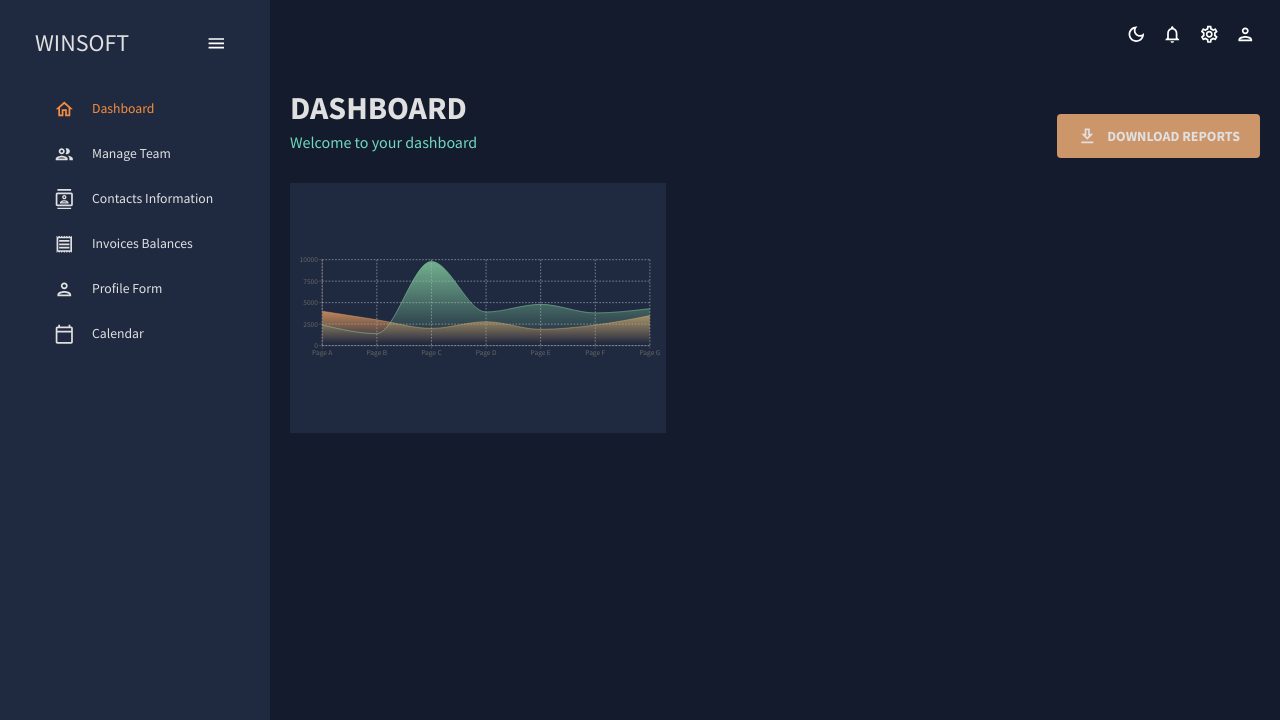
Repository: thamaraiselvan315731/winssoft
Page: /
An editor plug-in stored every save of this project. The page is shown before and after the next save, followed by the edit.
The browser window is 1280 px wide. The pictures show the whole page.
The project was rebuilt for these pictures with package versions that can differ from the ones it lists, and the page was loaded fresh each time. Also part of the build but not shown: src/pages/team/index.jsx, src/pages/invoices/index.jsx, src/pages/contacts/index.jsx, src/pages/form/index.jsx, src/components/LineChart.jsx, src/data/mockGeoFeatures.js, src/components/GeographyChart.jsx, src/components/BarChart.jsx and 4 more.

Above is the page before, as saved 2022-12-01 11:07:27.

### src/App.js
import { useState } from "react";
import { Routes, Route } from "react-router-dom";
import Topbar from "./pages/global/Topbar";
import Sidebar from "./pages/global/Sidebar";
import Team from "./pages/team";
import Invoices from "./pages/invoices";
import Contacts from "./pages/contacts";
import Form from "./pages/form";
// import Bar from "./pages/bar";
// import Line from "./pages/line";
// import Pie from "./pages/pie";
// import Geography from "./pages/geography";
import Dashboard from "./pages/dashboard";
import FAQ from "./pages/faq";
import { CssBaseline, ThemeProvider } from "@mui/material";
import { ColorModeContext, useMode } from "./theme";
import Calendar from "./pages/calendar/calendar";

function App() {
  const [theme, colorMode] = useMode();
  const [isSidebar, setIsSidebar] = useState(true);

  return (
    <ColorModeContext.Provider value={colorMode}>
      <ThemeProvider theme={theme}>
        <CssBaseline />
        <div className="app">
          <Sidebar isSidebar={isSidebar} />
          <main className="content">
            <Topbar setIsSidebar={setIsSidebar} />
            <Routes>
              <Route path="/" element={<Dashboard />} />
              <Route path="/team" element={<Team />} />
              <Route path="/contacts" element={<Contacts />} />
              <Route path="/invoices" element={<Invoices />} />
              <Route path="/form" element={<Form />} />
              {/* <Route path="/bar" element={<Bar />} />
              <Route path="/pie" element={<Pie />} />
              <Route path="/line" element={<Line />} /> */}
              <Route path="/faq" element={<FAQ />} />
              <Route path="/calendar" element={<Calendar />} />
              {/* <Route path="/geography" element={<Geography />} /> */}
            </Routes>
          </main>
        </div>
      </ThemeProvider>
    </ColorModeContext.Provider>
  );
}

export default App;

### src/pages/global/Topbar.jsx
import { Box, IconButton, useTheme } from "@mui/material";
import { useContext } from "react";
import { ColorModeContext, tokens } from "../../theme";
import InputBase from "@mui/material/InputBase";
import LightModeOutlinedIcon from "@mui/icons-material/LightModeOutlined";
import DarkModeOutlinedIcon from "@mui/icons-material/DarkModeOutlined";
import NotificationsOutlinedIcon from "@mui/icons-material/NotificationsOutlined";
import SettingsOutlinedIcon from "@mui/icons-material/SettingsOutlined";
import PersonOutlinedIcon from "@mui/icons-material/PersonOutlined";
import SearchIcon from "@mui/icons-material/Search";

const Topbar = () => {
  const theme = useTheme();
  const colors = tokens(theme.palette.mode);
  const colorMode = useContext(ColorModeContext);

  return (
    <Box display="flex" justifyContent="flex-end" p={2}>
      {/* SEARCH BAR */}
      {/* <Box
        display="flex"
        backgroundColor={colors.primary[400]}
        borderRadius="3px"
      >
        <InputBase sx={{ ml: 2, flex: 1 }} placeholder="Search" />
        <IconButton type="button" sx={{ p: 1 }}>
          <SearchIcon />
        </IconButton>
      </Box> */}

      {/* ICONS */}
      <Box display="flex">
        <IconButton onClick={colorMode.toggleColorMode}>
          {theme.palette.mode === "dark" ? (
            <DarkModeOutlinedIcon />
          ) : (
            <LightModeOutlinedIcon />
          )}
        </IconButton>
        <IconButton>
          <NotificationsOutlinedIcon />
        </IconButton>
        <IconButton>
          <SettingsOutlinedIcon />
        </IconButton>
        <IconButton>
          <PersonOutlinedIcon />
        </IconButton>
      </Box>
    </Box>
  );
};

export default Topbar;

### src/pages/global/Sidebar.jsx
import { useState } from "react";
import { ProSidebar, Menu, MenuItem } from "react-pro-sidebar";
import { Box, IconButton, Typography, useTheme } from "@mui/material";
import { Link } from "react-router-dom";
import "react-pro-sidebar/dist/css/styles.css";
import { tokens } from "../../theme";
import HomeOutlinedIcon from "@mui/icons-material/HomeOutlined";
import PeopleOutlinedIcon from "@mui/icons-material/PeopleOutlined";
import ContactsOutlinedIcon from "@mui/icons-material/ContactsOutlined";
import ReceiptOutlinedIcon from "@mui/icons-material/ReceiptOutlined";
import PersonOutlinedIcon from "@mui/icons-material/PersonOutlined";
import CalendarTodayOutlinedIcon from "@mui/icons-material/CalendarTodayOutlined";// eslint-disable-next-line
import HelpOutlineOutlinedIcon from "@mui/icons-material/HelpOutlineOutlined";// eslint-disable-next-line
import BarChartOutlinedIcon from "@mui/icons-material/BarChartOutlined";// eslint-disable-next-line
import PieChartOutlineOutlinedIcon from "@mui/icons-material/PieChartOutlineOutlined";// eslint-disable-next-line
import TimelineOutlinedIcon from "@mui/icons-material/TimelineOutlined";// eslint-disable-next-line
import MenuOutlinedIcon from "@mui/icons-material/MenuOutlined";// eslint-disable-next-line
import MapOutlinedIcon from "@mui/icons-material/MapOutlined";// eslint-disable-next-line

const Item = ({ title, to, icon, selected, setSelected }) => {
  const theme = useTheme();
  const colors = tokens(theme.palette.mode);
  return (
    <MenuItem
      active={selected === title}
      style={{
        color: colors.grey[100],
      }}
      onClick={() => setSelected(title)}
      icon={icon}
    >
      <Typography>{title}</Typography>
      <Link to={to} />
    </MenuItem>
  );
};

const Sidebar = () => {
  const theme = useTheme();
  const colors = tokens(theme.palette.mode);
  const [isCollapsed, setIsCollapsed] = useState(false);
  const [selected, setSelected] = useState("Dashboard");

  return (
    <Box
      sx={{
        "& .pro-sidebar-inner": {
          background: `${colors.primary[400]} !important`,
        },
        "& .pro-icon-wrapper": {
          backgroundColor: "transparent !important",
        },
        "& .pro-inner-item": {
          padding: "5px 35px 5px 20px !important",
        },
        "& .pro-inner-item:hover": {
          color: "#f78d3e !important",
        },
        "& .pro-menu-item.active": {
          color: "#f78d3e !important",
        },
      }}
    >
      <ProSidebar collapsed={isCollapsed}>
        <Menu iconShape="square">
          {/* LOGO AND MENU ICON */}
          <MenuItem
            onClick={() => setIsCollapsed(!isCollapsed)}
            icon={isCollapsed ? <MenuOutlinedIcon /> : undefined}
            style={{
              margin: "10px 0 20px 0",
              color: colors.grey[100],
            }}
          >
            {!isCollapsed && (
              <Box
                display="flex"
                justifyContent="space-between"
                alignItems="center"
                ml="15px"
              >
                <Typography variant="h3" color={colors.grey[100]}>
                  WINSOFT
                </Typography>
                <IconButton onClick={() => setIsCollapsed(!isCollapsed)}>
                  <MenuOutlinedIcon />
                </IconButton>
              </Box>
            )}
          </MenuItem>

          {/* {!isCollapsed && (
            <Box mb="25px">
              <Box display="flex" justifyContent="center" alignItems="center">
                <img
                  alt="profile-user"
                  width="100px"
                  height="100px"
                  src={`../../assets/user.png`}
                  style={{ cursor: "pointer", borderRadius: "50%" }}
                />
              </Box>
              <Box textAlign="center">
                <Typography
                  variant="h2"
                  color={colors.grey[100]}
                  fontWeight="bold"
                  sx={{ m: "10px 0 0 0" }}
                >
                  Ed Roh
                </Typography>
                <Typography variant="h5" color={colors.greenAccent[500]}>
                  VP Fancy Admin
                </Typography>
              </Box>
            </Box>
          )} */}

          <Box paddingLeft={isCollapsed ? undefined : "10%"}>
            <Item
              title="Dashboard"
              to="/"
              icon={<HomeOutlinedIcon />}
              selected={selected}
              setSelected={setSelected}
            />

            {/* <Typography
              variant="h6"
              color={colors.grey[300]}
              sx={{ m: "15px 0 5px 20px" }}
            >
              Data
            </Typography> */}
            <Item
              title="Manage Team"
              to="/team"
              icon={<PeopleOutlinedIcon />}
              selected={selected}
              setSelected={setSelected}
            />
            <Item
              title="Contacts Information"
              to="/contacts"
              icon={<ContactsOutlinedIcon />}
              selected={selected}
              setSelected={setSelected}
            />
            <Item
              title="Invoices Balances"
              to="/invoices"
              icon={<ReceiptOutlinedIcon />}
              selected={selected}
              setSelected={setSelected}
            />

            {/* <Typography
              variant="h6"
              color={colors.grey[300]}
              sx={{ m: "15px 0 5px 20px" }}
            >
              Pages
            </Typography> */}
            <Item
              title="Profile Form"
              to="/form"
              icon={<PersonOutlinedIcon />}
              selected={selected}
              setSelected={setSelected}
            />
            <Item
              title="Calendar"
              to="/calendar"
              icon={<CalendarTodayOutlinedIcon />}
              selected={selected}
              setSelected={setSelected}
            />
            {/* <Item
              title="FAQ Page"
              to="/faq"
              icon={<HelpOutlineOutlinedIcon />}
              selected={selected}
              setSelected={setSelected}
            /> */}

            {/* <Typography
              variant="h6"
              color={colors.grey[300]}
              sx={{ m: "15px 0 5px 20px" }}
            >
              Charts
            </Typography>
            <Item
              title="Bar Chart"
              to="/bar"
              icon={<BarChartOutlinedIcon />}
              selected={selected}
              setSelected={setSelected}
            />
            <Item
              title="Pie Chart"
              to="/pie"
              icon={<PieChartOutlineOutlinedIcon />}
              selected={selected}
              setSelected={setSelected}
            />
            <Item
              title="Line Chart"
              to="/line"
              icon={<TimelineOutlinedIcon />}
              selected={selected}
              setSelected={setSelected}
            />
            <Item
              title="Geography Chart"
              to="/geography"
              icon={<MapOutlinedIcon />}
              selected={selected}
              setSelected={setSelected}
            /> */}
          </Box>
        </Menu>
      </ProSidebar>
    </Box>
  );
};

export default Sidebar;

### src/pages/dashboard/index.jsx
import { Box, Button, IconButton, Typography, useTheme } from "@mui/material";
import { tokens } from "../../theme";
import { mockTransactions } from "../../data/mockData";
import DownloadOutlinedIcon from "@mui/icons-material/DownloadOutlined";
import { AreaCharts } from "../../Charts/AreaChart"
import EmailIcon from "@mui/icons-material/Email";
import PointOfSaleIcon from "@mui/icons-material/PointOfSale";
import PersonAddIcon from "@mui/icons-material/PersonAdd";
import TrafficIcon from "@mui/icons-material/Traffic";
import Header from "../../components/Header";
import LineChart from "../../components/LineChart";
import GeographyChart from "../../components/GeographyChart";
import BarChart from "../../components/BarChart";
import StatBox from "../../components/StatBox";
import ProgressCircle from "../../components/ProgressCircle";

const Dashboard = () => {
  const theme = useTheme();
  const colors = tokens(theme.palette.mode);

  return (

    <Box m="20px">
      {/* HEADER */}
      <Box display="flex" justifyContent="space-between" alignItems="center">
        <Header title="DASHBOARD" subtitle="Welcome to your dashboard" />

        <Box>
          <Button
            sx={{
              backgroundColor: colors.blueAccent[700],
              color: colors.grey[100],
              fontSize: "14px",
              fontWeight: "bold",
              padding: "10px 20px",
            }}
          >
            <DownloadOutlinedIcon sx={{ mr: "10px" }} />
            Download Reports
          </Button>
        </Box>
      </Box>

      {/* GRID & CHARTS */}
      <Box
        display="grid"
        gridTemplateColumns="repeat(20, 1fr)"
        gridAutoRows="250px"
        gap="20px"
      >
        {/* ROW 1 */}
        <Box
          gridColumn="span 8"
          backgroundColor={colors.primary[400]}
          display="flex"
          alignItems="center"
          justifyContent="center"
        >
          <AreaCharts />
          {/* <StatBox
            title="12,361"
            subtitle="Emails Sent"
            progress="0.75"
            increase="+14%"
            icon={
              <EmailIcon
                sx={{ color: colors.greenAccent[600], fontSize: "26px" }}
              />
            }
          /> */}
        </Box>
        {/* <Box
          gridColumn="span 3"
          backgroundColor={colors.primary[400]}
          display="flex"
          alignItems="center"
          justifyContent="center"
        >
          <StatBox
            title="431,225"
            subtitle="Sales Obtained"
            progress="0.50"
            increase="+21%"
            icon={
              <PointOfSaleIcon
                sx={{ color: colors.greenAccent[600], fontSize: "26px" }}
              />
            }
          />
        </Box>
        <Box
          gridColumn="span 3"
          backgroundColor={colors.primary[400]}
          display="flex"
          alignItems="center"
          justifyContent="center"
        >
          <StatBox
            title="32,441"
            subtitle="New Clients"
            progress="0.30"
            increase="+5%"
            icon={
              <PersonAddIcon
                sx={{ color: colors.greenAccent[600], fontSize: "26px" }}
              />
            }
          />
        </Box>
        <Box
          gridColumn="span 3"
          backgroundColor={colors.primary[400]}
          display="flex"
          alignItems="center"
          justifyContent="center"
        >
          <StatBox
            title="1,325,134"
            subtitle="Traffic Received"
            progress="0.80"
            increase="+43%"
            icon={
              <TrafficIcon
                sx={{ color: colors.greenAccent[600], fontSize: "26px" }}
              />
            }
          />
        </Box> */}

        {/* ROW 2 */}
        {/* <Box
          gridColumn="span 8"
          gridRow="span 2"
          backgroundColor={colors.primary[400]}
        >
          <Box
            mt="25px"
            p="0 30px"
            display="flex "
            justifyContent="space-between"
            alignItems="center"
          >
            <Box>
              <Typography
                variant="h5"
                fontWeight="600"
                color={colors.grey[100]}
              >
                Revenue Generated
              </Typography>
              <Typography
                variant="h3"
                fontWeight="bold"
                color={colors.greenAccent[500]}
              >
                $59,342.32
              </Typography>
            </Box>
            <Box>
              <IconButton>
                <DownloadOutlinedIcon
                  sx={{ fontSize: "26px", color: colors.greenAccent[500] }}
                />
              </IconButton>
            </Box>
          </Box>
          <Box height="250px" m="-20px 0 0 0">
            <LineChart isDashboard={true} />
          </Box>
        </Box>
        <Box
          gridColumn="span 4"
          gridRow="span 2"
          backgroundColor={colors.primary[400]}
          overflow="auto"
        >
          <Box
            display="flex"
            justifyContent="space-between"
            alignItems="center"
            borderBottom={`4px solid ${colors.primary[500]}`}
            colors={colors.grey[100]}
            p="15px"
          >
            <Typography color={colors.grey[100]} variant="h5" fontWeight="600">
              Recent Transactions
            </Typography>
          </Box>
          {mockTransactions.map((transaction, i) => (
            <Box
              key={`${transaction.txId}-${i}`}
              display="flex"
              justifyContent="space-between"
              alignItems="center"
              borderBottom={`4px solid ${colors.primary[500]}`}
              p="15px"
            >
              <Box>
                <Typography
                  color={colors.greenAccent[500]}
                  variant="h5"
                  fontWeight="600"
                >
                  {transaction.txId}
                </Typography>
                <Typography color={colors.grey[100]}>
                  {transaction.user}
                </Typography>
              </Box>
              <Box color={colors.grey[100]}>{transaction.date}</Box>
              <Box
                backgroundColor={colors.greenAccent[500]}
                p="5px 10px"
                borderRadius="4px"
              >
                ${transaction.cost}
              </Box>
            </Box>
          ))}
        </Box> */}

        {/* ROW 3 */}
        {/* <Box
          gridColumn="span 4"
          gridRow="span 2"
          backgroundColor={colors.primary[400]}
          p="30px"
        >
          <Typography variant="h5" fontWeight="600">
            Campaign
          </Typography>
          <Box
            display="flex"
            flexDirection="column"
            alignItems="center"
            mt="25px"
          >
            <ProgressCircle size="125" />
            <Typography
              variant="h5"
              color={colors.greenAccent[500]}
              sx={{ mt: "15px" }}
            >
              $48,352 revenue generated
            </Typography>
            <Typography>Includes extra misc expenditures and costs</Typography>
          </Box>
        </Box>
        <Box
          gridColumn="span 4"
          gridRow="span 2"
          backgroundColor={colors.primary[400]}
        >
          <Typography
            variant="h5"
            fontWeight="600"
            sx={{ padding: "30px 30px 0 30px" }}
          >
            Sales Quantity
          </Typography>
          <Box height="250px" mt="-20px">
            <BarChart isDashboard={true} />
          </Box>
        </Box>
        <Box
          gridColumn="span 4"
          gridRow="span 2"
          backgroundColor={colors.primary[400]}
          padding="30px"
        >
          <Typography
            variant="h5"
            fontWeight="600"
            sx={{ marginBottom: "15px" }}
          >
            Geography Based Traffic
          </Typography>
          <Box height="200px">
            <GeographyChart isDashboard={true} />
          </Box>
        </Box> */}
      </Box>
    </Box>
  );
};

export default Dashboard;

### src/Charts/AreaChart.js
import { LineChart, Line, AreaChart, ResponsiveContainer, YAxis, Area, Tooltip, CartesianGrid, linearGradient, XAxis } from 'recharts';


const data = [
    {
        "name": "Page A",
        "uv": 4000,
        "pv": 2400,
        "amt": 2400
    },
    {
        "name": "Page B",
        "uv": 3000,
        "pv": 1398,
        "amt": 2210
    },
    {
        "name": "Page C",
        "uv": 2000,
        "pv": 9800,
        "amt": 2290
    },
    {
        "name": "Page D",
        "uv": 2780,
        "pv": 3908,
        "amt": 2000
    },
    {
        "name": "Page E",
        "uv": 1890,
        "pv": 4800,
        "amt": 2181
    },
    {
        "name": "Page F",
        "uv": 2390,
        "pv": 3800,
        "amt": 2500
    },
    {
        "name": "Page G",
        "uv": 3490,
        "pv": 4300,
        "amt": 2100
    }
]


export const AreaCharts = () => {
    // const theme = useTheme();
    // const colors = tokens(theme.palette.mode);

    return (
        <ResponsiveContainer width={700} height="80%">
            < AreaChart width={730} height={250} data={data}
                margin={{ top: 10, right: 30, left: 0, bottom: 0 }}>
                <defs>
                    <linearGradient id="colorUv" x1="0" y1="0" x2="0" y2="1">
                        <stop offset="5%" stopColor="#de965d" stopOpacity={0.8} />
                        <stop offset="95%" stopColor="#de965d" stopOpacity={0} />
                    </linearGradient>
                    <linearGradient id="colorPv" x1="0" y1="0" x2="0" y2="1">
                        <stop offset="5%" stopColor="#82ca9d" stopOpacity={0.8} />
                        <stop offset="95%" stopColor="#82ca9d" stopOpacity={0} />
                    </linearGradient>
                </defs>
                <XAxis dataKey="name" />
                <YAxis />
                <CartesianGrid strokeDasharray="3 3" />
                <Tooltip />
                <Area type="monotone" dataKey="uv" stroke="#de965d" fillOpacity={1} fill="url(#colorUv)" />
                <Area type="monotone" dataKey="pv" stroke="#82ca9d" fillOpacity={1} fill="url(#colorPv)" />
            </AreaChart ></ResponsiveContainer>
    );
};

Loaded but not shown: public/index.html (common file); src/index.js (common file); src/index.css (common file); src/components/Header.jsx (common file); src/data/mockData.js (1283 lines, source omitted); src/theme.js (214 lines, source omitted)

After the next save:
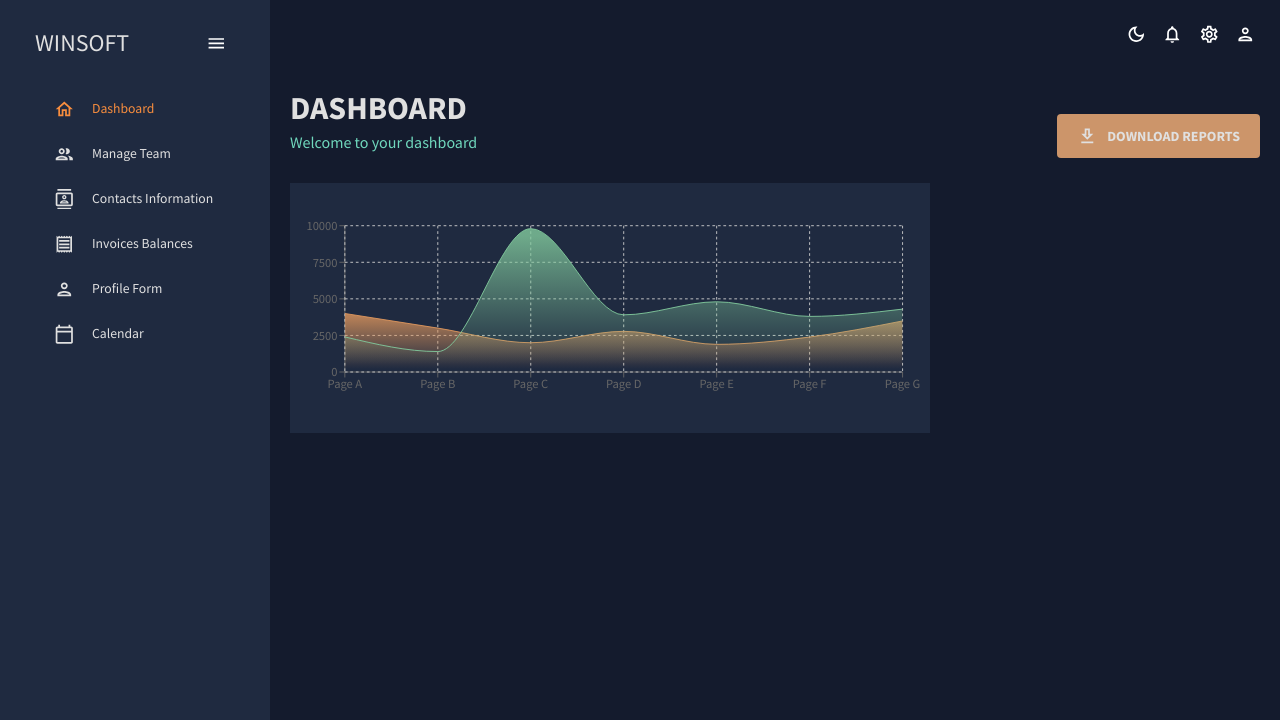
Saved 16 s later.
--- a/src/pages/dashboard/index.jsx
+++ b/src/pages/dashboard/index.jsx
@@ -44,7 +44,7 @@ const Dashboard = () => {
       {/* GRID & CHARTS */}
       <Box
         display="grid"
-        gridTemplateColumns="repeat(20, 1fr)"
+        gridTemplateColumns="repeat(12, 1fr)"
         gridAutoRows="250px"
         gap="20px"
       >
